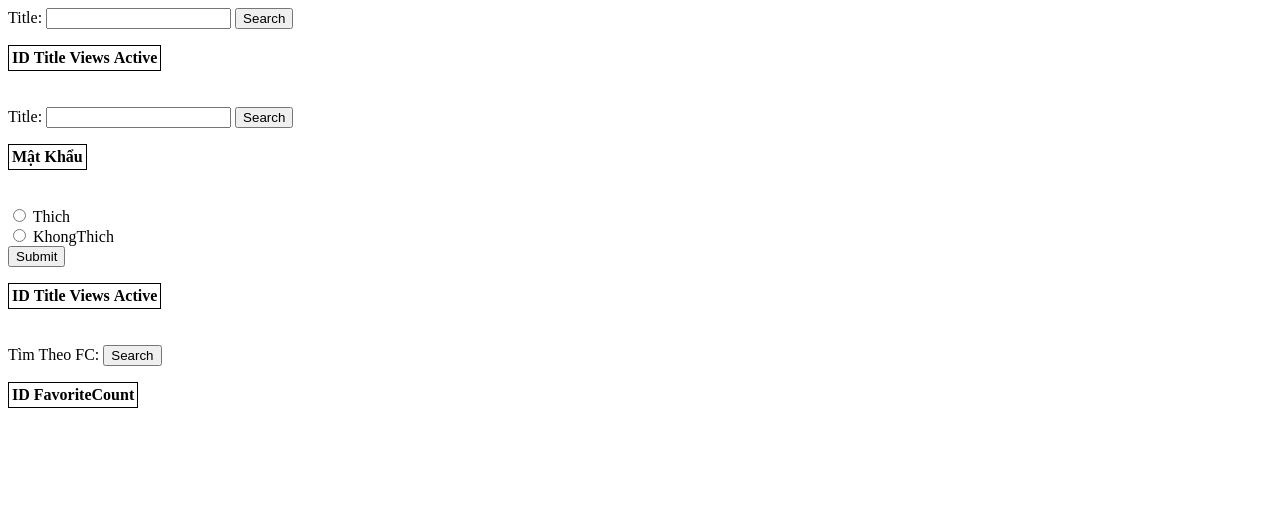
Repository: Hacorbie/Java-Servlet
Page: http://localhost/ASM_JV4/views/NewFile.jsp
These files come from the project's save history. The page is drawn as it stood at one moment and after the next save; the edit follows.
The browser window is 1280 px wide. The pictures show the whole page.
The page is served by Tomcat 9. Other server files are loaded and not shown. The template is opened directly, without the code that normally fills it, so the values that code supplies are empty.

Above is the page before, as saved 2023-04-04 19:22:38.

### ASM_JV4/src/main/webapp/views/NewFile.jsp
<%@ taglib uri="http://java.sun.com/jsp/jstl/core" prefix="c"%>
<%@ page language="java" contentType="text/html; charset=UTF-8"
	pageEncoding="UTF-8"%>
<html>
<meta charset="UTF-8">
<head>
<title>Search Videos</title>
</head>
<body>
	<c:url var =  "url" value ="/Lab6"></c:url>
	<form action="${url}/SearchVid" method="POST">
		<label>Title:</label> <input type="text" name="searchvid">
		<button type="submit">Search</button>
	</form>
	<table style="border: 1px solid black">
		<thead>
			<tr>
				<th>ID</th>
				<th>Title</th>
				<th>Views</th>
				<th>Active</th>
			</tr>
		</thead>
		<tbody>
			<c:forEach items="${videos}" var="video">
				<tr>
					<td>${video.id}</td>
					<td>${video.title}</td>
					<td>${video.views}</td>
					<td>${video.active}</td>
				</tr>
			</c:forEach>
		</tbody>
	</table>
	<br>
	<br>
	<form action="${url}/SearchUser" method="POST">
		<label>Title:</label> <input type="text" name="searchUserByVid">
		<button type="submit">Search</button>

	</form>
	<table style="border: 1px solid black">
			<thead>
				<tr>
					<th>Mật Khẩu</th>

				</tr>
			</thead>
			<tbody>
				<c:forEach items="${users}" var="user">
					<tr>
						<td>${user.password}</td>
					</tr>
				</c:forEach>
			</tbody>
		</table>
		<br> <br>
	<form action="${url}/SearchVidByF" method="POST">
		<input type="radio" name ="thichh" value = "yes" >
			<label> Thich</label><br>
			<input type="radio" name ="thichh" value = "no">
			<label> KhongThich</label><br>
				<input type="submit" />
	</form>
			<table style="border: 1px solid black">
			<thead>
				<tr>
					<th>ID</th>
					<th>Title</th>
					<th>Views</th>
					<th>Active</th>

				</tr>
			</thead>
			<tbody>
				<c:forEach items="${videofs}" var="videof">
					<tr>
						<td>${videof.id}</td>
						<td>${videof.title}</td>
						<td>${videof.views}</td>
						<td>${videof.active}</td>
					</tr>
				</c:forEach>
			</tbody>
		</table>
		<br> <br>
	<form action="${url}/SearchVidByCount" method="POST">
	<label>Tìm Theo FC:</label>
		<button type="submit">Search</button>
	</form>

			<table style="border: 1px solid black">
			<thead>
				<tr>
					<th>ID</th>
					<th>FavoriteCount</th>

				</tr>
			</thead>
			<tbody>
				<c:forEach items="${rps}" var="rp">
					<tr>
						<td>${rp.groupp}</td>
					<td>${rp.likes}</td>
					</tr>
				</c:forEach>
			</tbody>
		</table>
</body>
</html>

After the next save:
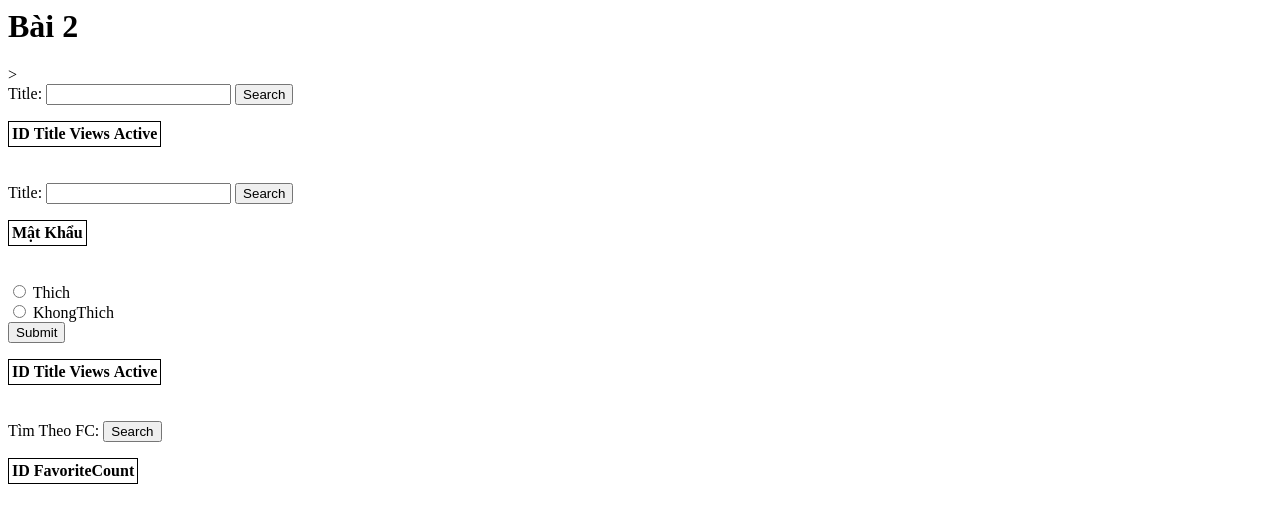
Saved 6 min 21 s later.
--- a/ASM_JV4/src/main/webapp/views/NewFile.jsp
+++ b/ASM_JV4/src/main/webapp/views/NewFile.jsp
@@ -7,6 +7,7 @@
 <title>Search Videos</title>
 </head>
 <body>
+	<h1>Bài 2</h1>>
 	<c:url var =  "url" value ="/Lab6"></c:url>
 	<form action="${url}/SearchVid" method="POST">
 		<label>Title:</label> <input type="text" name="searchvid">
